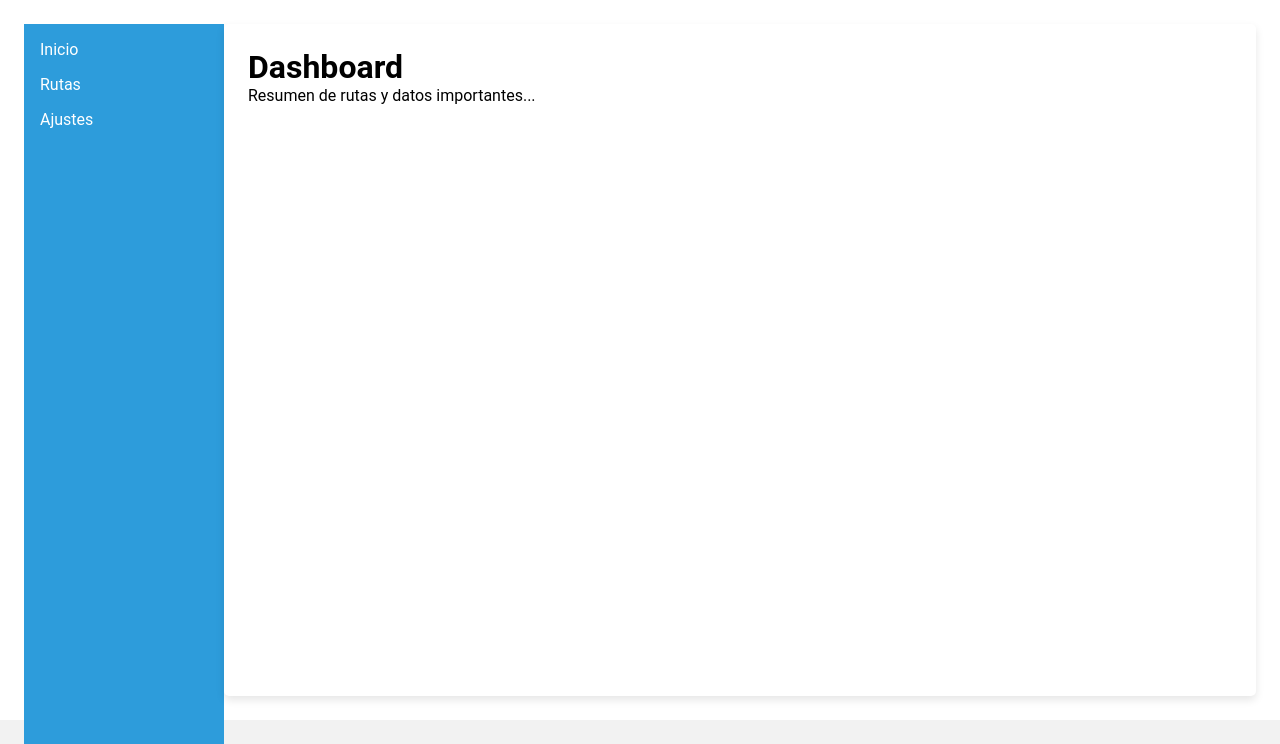
Repository: izhanlaraagarcia/OptiRuta
Page: /dashboard (app in OptiRuta/)
These files come from the project's save history. The page is drawn as it stood at one moment and after the next save; the edit follows.
The browser window is 1280 px wide. The pictures show the whole page.
The project was rebuilt for these pictures with package versions that can differ from the ones it lists, and the page was loaded fresh each time. Also part of the build but not shown: OptiRuta/vite.config.js, OptiRuta/src/api/auth.jsx, OptiRuta/src/components/Login.jsx, OptiRuta/src/components/RouteManagement.jsx, OptiRuta/src/components/UserSettings.jsx.

Above is the page before, as saved 2024-09-23 13:43:19.

After the next save:
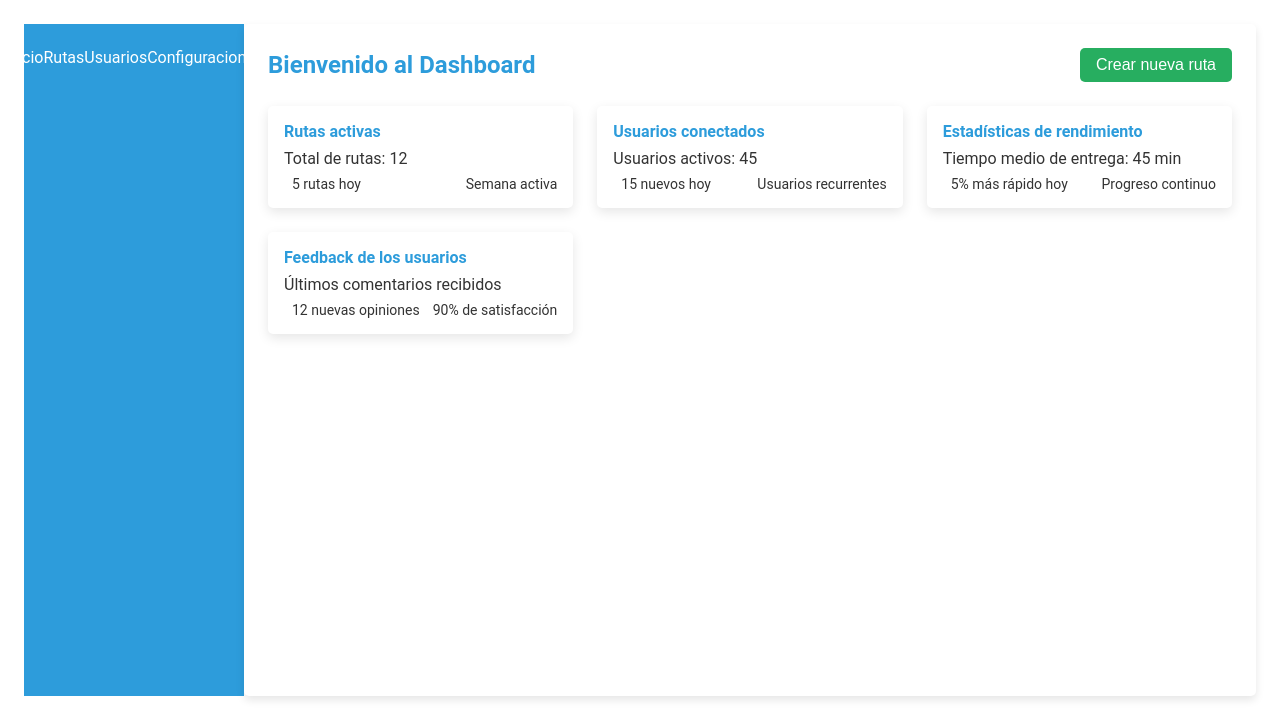
Saved 15 s later.
--- a/OptiRuta/src/components/Dashboard.jsx
+++ b/OptiRuta/src/components/Dashboard.jsx
@@ -1,17 +1,94 @@
 import React from 'react';
-import Sidebar from './Sidebar';
+import './styles/pages/_dashboard.css'; // Asegúrate de que los estilos están correctamente enlazados
 
-
-function Dashboard() {
+const Dashboard = () => {
   return (
     <div className="dashboard-container">
-      <Sidebar />
+      {/* Sidebar de navegación */}
+      <aside className="dashboard-sidebar">
+        <nav>
+          <a href="/dashboard">Inicio</a>
+          <a href="/routes">Rutas</a>
+          <a href="/users">Usuarios</a>
+          <a href="/settings">Configuraciones</a>
+        </nav>
+      </aside>
+
+      {/* Contenido del Dashboard */}
       <div className="dashboard-content">
-        <h1>Dashboard</h1>
-        <p>Resumen de rutas y datos importantes...</p>
+        <header className="dashboard-header">
+          <h1>Bienvenido al Dashboard</h1>
+          <button>Crear nueva ruta</button>
+        </header>
+
+        <section className="dashboard-grid">
+          {/* Tarjeta de resumen 1 */}
+          <div className="dashboard-card">
+            <h2>Rutas activas</h2>
+            <p>Total de rutas: 12</p>
+            <div className="dashboard-stats">
+              <div className="dashboard-stat">
+                <i className="fas fa-route"></i>
+                <p>5 rutas hoy</p>
+              </div>
+              <div className="dashboard-stat">
+                <i className="fas fa-calendar-alt"></i>
+                <p>Semana activa</p>
+              </div>
+            </div>
+          </div>
+
+          {/* Tarjeta de resumen 2 */}
+          <div className="dashboard-card">
+            <h2>Usuarios conectados</h2>
+            <p>Usuarios activos: 45</p>
+            <div className="dashboard-stats">
+              <div className="dashboard-stat">
+                <i className="fas fa-user"></i>
+                <p>15 nuevos hoy</p>
+              </div>
+              <div className="dashboard-stat">
+                <i className="fas fa-user-check"></i>
+                <p>Usuarios recurrentes</p>
+              </div>
+            </div>
+          </div>
+
+          {/* Tarjeta de resumen 3 */}
+          <div className="dashboard-card">
+            <h2>Estadísticas de rendimiento</h2>
+            <p>Tiempo medio de entrega: 45 min</p>
+            <div className="dashboard-stats">
+              <div className="dashboard-stat">
+                <i className="fas fa-clock"></i>
+                <p>5% más rápido hoy</p>
+              </div>
+              <div className="dashboard-stat">
+                <i className="fas fa-chart-line"></i>
+                <p>Progreso continuo</p>
+              </div>
+            </div>
+          </div>
+
+          {/* Tarjeta de resumen 4 */}
+          <div className="dashboard-card">
+            <h2>Feedback de los usuarios</h2>
+            <p>Últimos comentarios recibidos</p>
+            <div className="dashboard-stats">
+              <div className="dashboard-stat">
+                <i className="fas fa-comments"></i>
+                <p>12 nuevas opiniones</p>
+              </div>
+              <div className="dashboard-stat">
+                <i className="fas fa-smile"></i>
+                <p>90% de satisfacción</p>
+              </div>
+            </div>
+          </div>
+        </section>
       </div>
     </div>
   );
-}
+};
 
 export default Dashboard;
